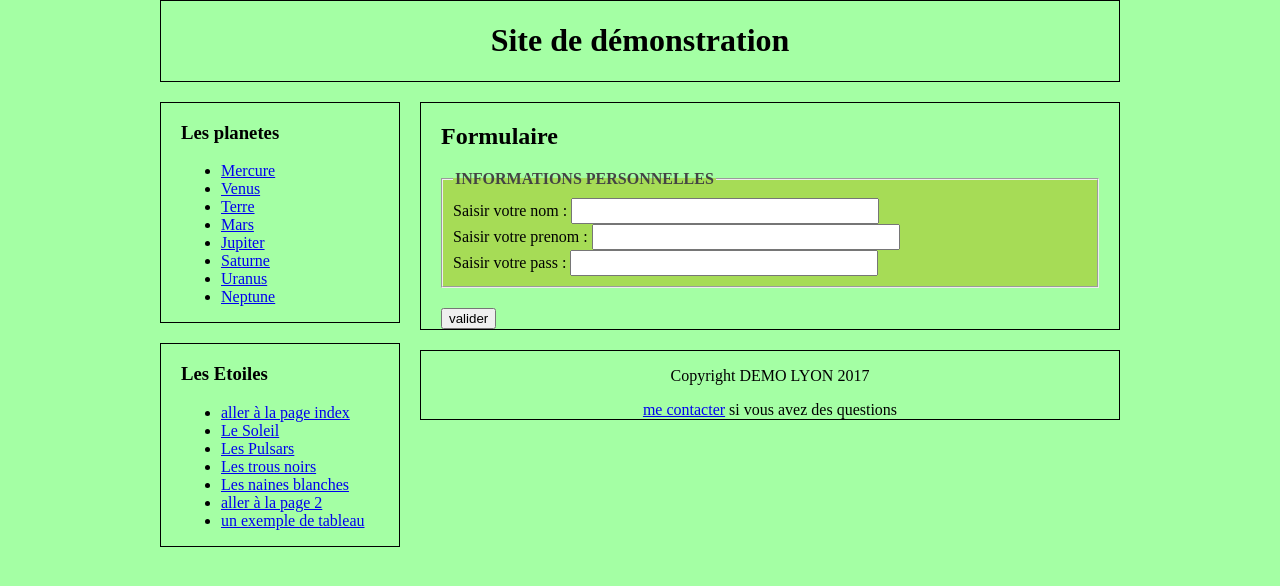
Repository: serviceshuios/-git-reference-java-lyon-worspace
Page: workspaceWeb/ModelePage1/WebContent/formulaire.html
An editor plug-in stored every save of this project. The page is shown before and after the next save, followed by the edit.
The browser window is 1280 px wide. The pictures show the whole page.

Above is the page before, as saved 2017-04-04 14:45:19.

### workspaceWeb/ModelePage1/WebContent/formulaire.html
<!DOCTYPE html>
<html>
<head>
<meta charset="UTF-8">
<title>modèle 1</title>
<meta name="viewport" content="width=device-width, initial-scale=1.0">
<link rel="stylesheet" href="css/style.css" />
</head>
<body>
	<div id="entete">
		<h1>Site de démonstration</h1>
	</div>
	<div id="nav">
		<div class="block planetes">
			<h3>Les planetes</h3>
			<ul>
				<li><a href="#">Mercure</a></li>
				<li><a href="#">Venus</a></li>
				<li><a href="#">Terre</a></li>
				<li><a href="#">Mars</a></li>
				<li><a href="#">Jupiter</a></li>
				<li><a href="#">Saturne</a></li>
				<li><a href="#">Uranus</a></li>
				<li><a href="#">Neptune</a></li>
			</ul>
		</div>
		<div class="block etoiles">
			<h3>Les Etoiles</h3>
			<ul>
				<li><a href="index.html">aller à la page index</a></li>
				<li><a href="#">Le Soleil</a></li>
				<li><a href="#">Les Pulsars</a></li>
				<li><a href="#">Les trous noirs</a></li>
				<li><a href="#">Les naines blanches</a></li>
				<li><a href="page2.html">aller à la page 2</a></li>
				<li><a href="tableau.html">un exemple de tableau</a></li>
			</ul>
		</div>

	</div>
	<div id="content">
	<div class="block">
		<h2>Formulaire</h2>
		<form method="post" action="#">
			<fieldset id="section-1">
				<legend>Informations personnelles</legend>
				<label for="nom">Saisir votre nom :</label>
				<input type="text" name="nom" id="nom"/><br/>
				<label for="prenom">Saisir votre prenom :</label>
				<input type="text" name="prenom" id="prenom"/><br/>
				<label for="mdp">Saisir votre pass :</label>
				<input type="password" name="mdp" id="mdp"/><br/>
			</fieldset>
			<input type="submit" value="valider"/>
		</form>

	</div>
	<div class="block footer">
		<p>Copyright DEMO LYON 2017</p>
		<a href="mailto:contact@example.com">me contacter</a> si vous avez des questions
	</div>
	</div>
</body>
</html>

### workspaceWeb/ModelePage1/WebContent/css/style.css
@CHARSET "UTF-8";
/*Si la taille de l'écran est inférieure à 681px*/
td, th {
	border:1px solid black;
	padding:10px;
}
table {
	border-collapse:collapse;
	margin-bottom:10px;
}
#section-1{
	background-color: rgba(168,197,36,0.6);
	padding:10px;
	margin:20px 0px;
}
legend{
	font-weight: bold;
	text-transform: uppercase;
	font-size!18px;
	color:#444;
}
#section-1 input {
	width: 300px;
	height: 20px;
}
@media screen and (max-width:680px) {
	body {
		background-color: #ffd688;
		width:100%;
		margin: 0 auto;
	}
	#entete {
		border: 1px solid black;
		margin-bottom: 20px;
		padding: 0 20 px;
		text-align: center;
	}
	#nav {
		width: 100%;
	}
	#content {
		width: 100%;

	}
	.block {
		border: 1px solid black;
		margin-bottom: 20px;
		padding: 0 20px;
	}
	.footer {
		text-align: center;
	}
}

/*Si la taille de l'écran est comprise entre 681px et 1279px*/
@media screen and (min-width:681px) and (max-width:1279px) {
	body {
		background-color: #0080ff;
		width: 100%;
		margin:0 auto;
	}
	#entete {
		border: 1px solid black;
		margin-bottom: 20px;
		padding: 0 20 px;
		text-align: center;
	}
	#nav {
		width: 100%;
		float: left;
	}
	#content {
		width: 100%;
		float: right;
	}
	.planetes {
		float:left;
		width:45%;
	}
	.etoiles {
		float:right;
		width:45%;
	}
	.block {
		border: 1px solid black;
		margin-bottom: 20px;
		padding: 0 1%;
	}
	.footer {
		text-align: center;
	}
}

/*Si la taille de l'écran est supérieure à 1279px*/
@media screen and (min-width:1280px) {
	body {
		width: 960px;
		margin: 0 auto;
		background-color: #a4ffa4;
	}
	#entete {
		border: 1px solid black;
		margin-bottom: 20px;
		padding: 0 20 px;
		text-align: center;
	}
	#nav {
		width: 240px;
		float: left;
	}
	#content {
		width: 700px;
		float: right;
	}
	.block {
		border: 1px solid black;
		margin-bottom: 20px;
		padding: 0 20px;
	}
	.footer {
		text-align: center;
	}
}

After the next save:
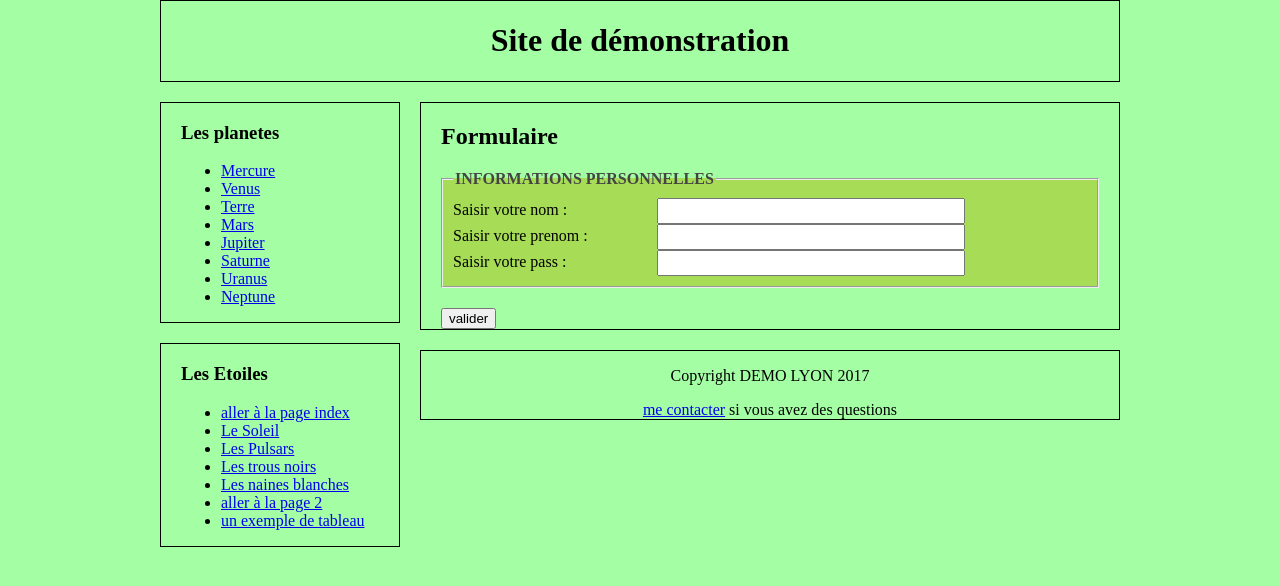
Saved 103 s later.
--- a/workspaceWeb/ModelePage1/WebContent/css/style.css
+++ b/workspaceWeb/ModelePage1/WebContent/css/style.css
@@ -22,6 +22,11 @@ legend{
 #section-1 input {
 	width: 300px;
 	height: 20px;
+}
+#section-1 label {
+	display:inline-block;
+	width: 200px;
+	padding:10 px 0px 15px 40px;
 }
 @media screen and (max-width:680px) {
 	body {
